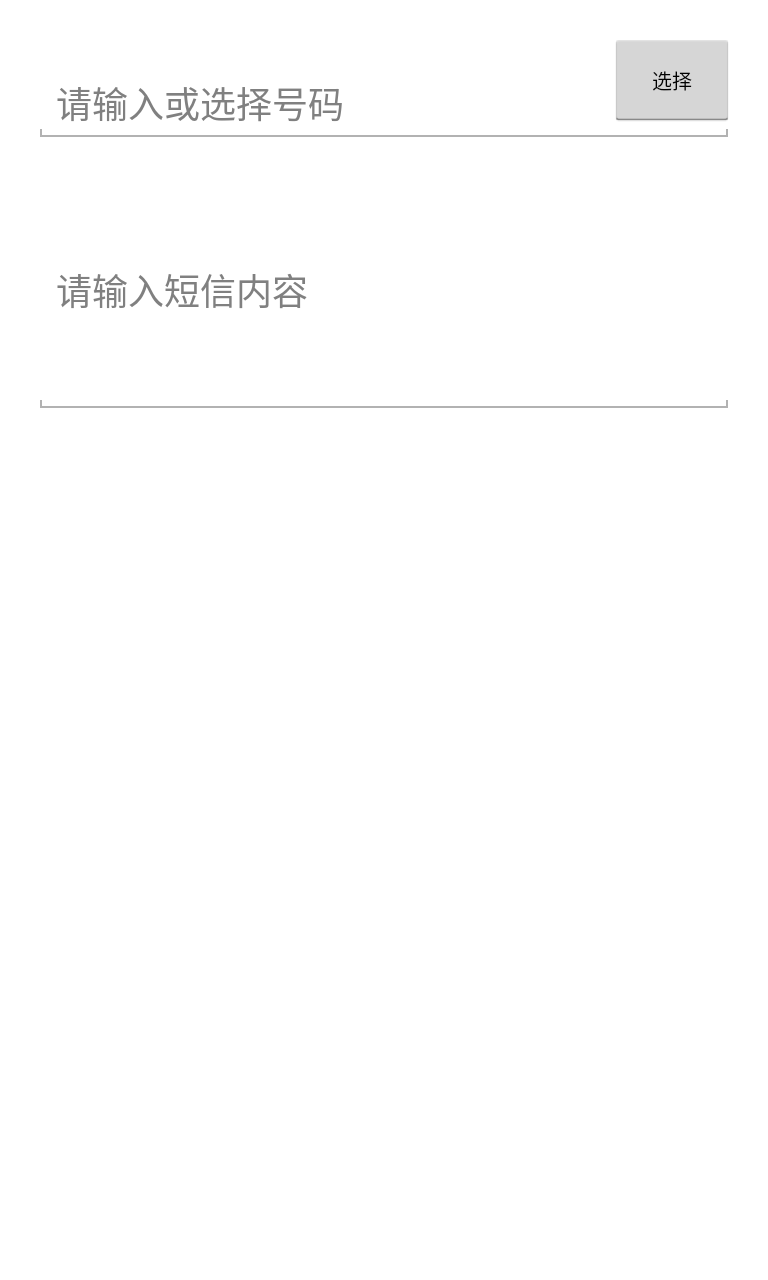
Repository: DongHuaLu/android
Layout: 26SmsSernder/res/layout/activity_main.xml
These files come from the project's save history. The layout is drawn as it stood at one moment and after a run of saves; the edit follows.
It is drawn on a 768 x 1280 px phone screen (xhdpi) without system bars, with theme AppTheme; the app's code is not run.

Above is the layout before, as saved 2013-08-29 02:53:55.

### 26SmsSernder/res/layout/activity_main.xml
<LinearLayout xmlns:android="http://schemas.android.com/apk/res/android"
    xmlns:tools="http://schemas.android.com/tools"
    android:layout_width="match_parent"
    android:layout_height="match_parent"
    android:orientation="vertical"
    android:paddingBottom="@dimen/activity_vertical_margin"
    android:paddingLeft="@dimen/activity_horizontal_margin"
    android:paddingRight="@dimen/activity_horizontal_margin"
    android:paddingTop="@dimen/activity_vertical_margin"
    tools:context=".MainActivity" >

    <RelativeLayout
        android:layout_width="fill_parent"
        android:layout_height="wrap_content" >

        <EditText
            android:id="@+id/et1"
            android:layout_width="fill_parent"
            android:layout_height="wrap_content"
            android:layout_marginTop="15dp"
            android:hint="请输入或选择号码" />

        <Button
            android:layout_width="wrap_content"
            android:layout_height="wrap_content"
            android:layout_alignParentRight="true"
            android:text="选择"
            android:textSize="10sp" >
        </Button>
    </RelativeLayout>

    <EditText
        android:layout_width="fill_parent"
        android:layout_height="wrap_content"
        android:layout_marginTop="10dp"
        android:hint="请输入短信内容"
        android:minLines="5" >
    </EditText>

</LinearLayout>

Loaded but not shown: 26SmsSernder/res/values/styles.xml (common file); 26SmsSernder/res/values-v11/styles.xml (common file); 26SmsSernder/res/values-v14/styles.xml (common file); 26SmsSernder/res/values/dimens.xml (common file)

After the next 2 saves:
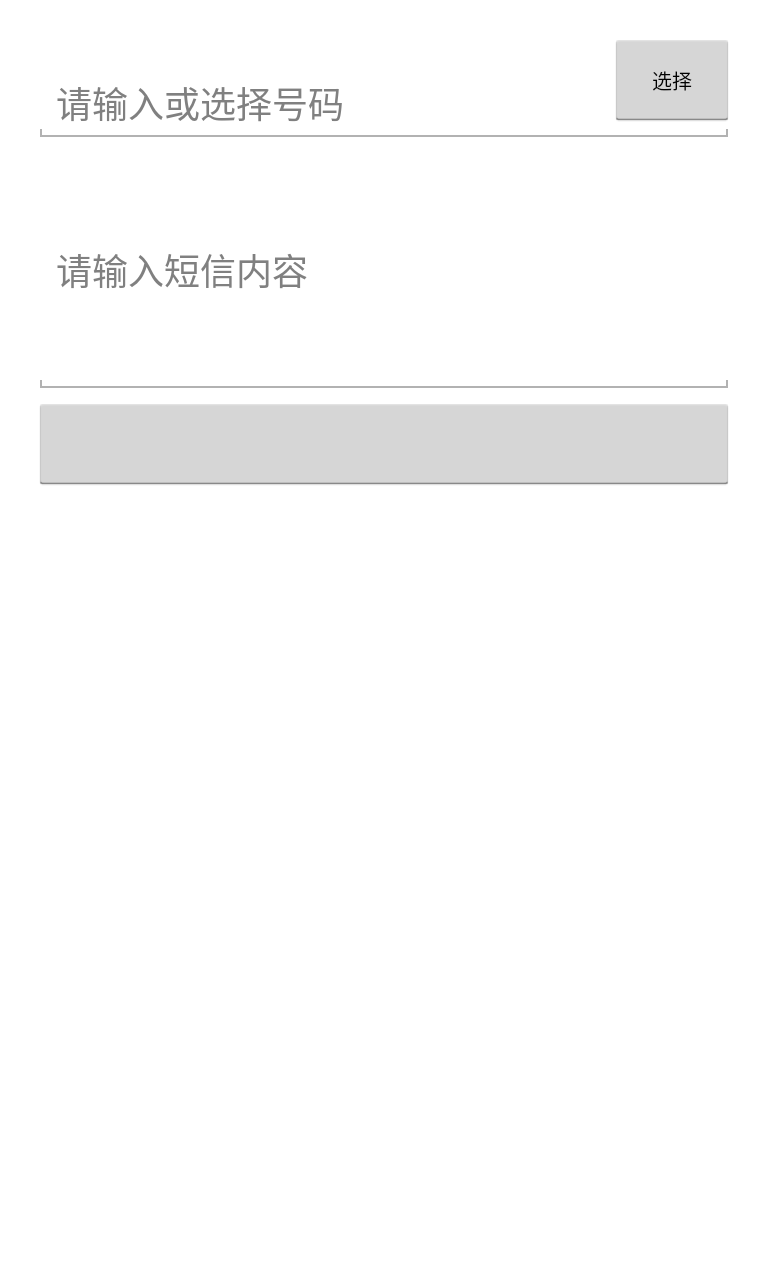
The 2 saves are shown as one change because they came seconds apart.
The last was saved 22 s later.
--- a/26SmsSernder/res/layout/activity_main.xml
+++ b/26SmsSernder/res/layout/activity_main.xml
@@ -32,9 +32,13 @@
     <EditText
         android:layout_width="fill_parent"
         android:layout_height="wrap_content"
-        android:layout_marginTop="10dp"
+        android:layout_marginTop="dp"
         android:hint="请输入短信内容"
         android:minLines="5" >
     </EditText>
 
+    <Button
+        android:layout_width="fill_parent"
+        android:layout_height="wrap_content" />
+
 </LinearLayout>
